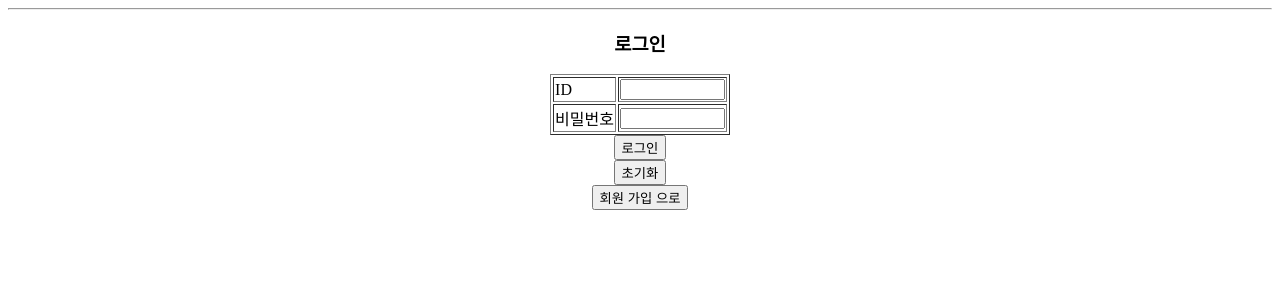
Repository: Juseong-Bang/jspWebProject
Page: http://localhost/FilmBooking/login.jsp
The author's editor kept a copy of each file at every save. The page is drawn from the files as they stood at one save, then again after the next save.
The browser window is 1280 px wide. The pictures show the whole page.
The page is served by Tomcat 9. Other server files are loaded and not shown.

Above is the page before, as saved 2017-12-02 13:35:30.

### FilmBooking/WebContent/login.jsp
<%@ page language="java" contentType="text/html; charset=UTF-8"
	pageEncoding="UTF-8"%>
<!DOCTYPE html PUBLIC "-//W3C//DTD HTML 4.01 Transitional//EN" "http://www.w3.org/TR/html4/loose.dtd">
<html>
<head>
<meta http-equiv="Content-Type" content="text/html; charset=UTF-8">
<title>로그인</title>
</head>
<hr>
<body>
	<div align="center">
		<h3>로그인</h3>
		<form name=form1 method=post action=control.jsp>
			<input type=hidden name="member" value="login" /> <input
				type="hidden" name="action" value="member" />
			<table border="1">
				<tr>
					<td>ID</td>
					<td><input type="text" size=10 name=name_mem /></td>
				</tr>
				<tr>
					<td>비밀번호</td>
					<td><input type="password" size=10 name=password /></td>
				</tr>
			</table>
			<input type="submit" value=로그인>
		</form>
		<input type="reset" value=초기화>
		<form method="post" action="register.jsp">
			<input type="submit" value="회원 가입 으로">
		</form>
	</div>
</body>
</html>

After the next save:
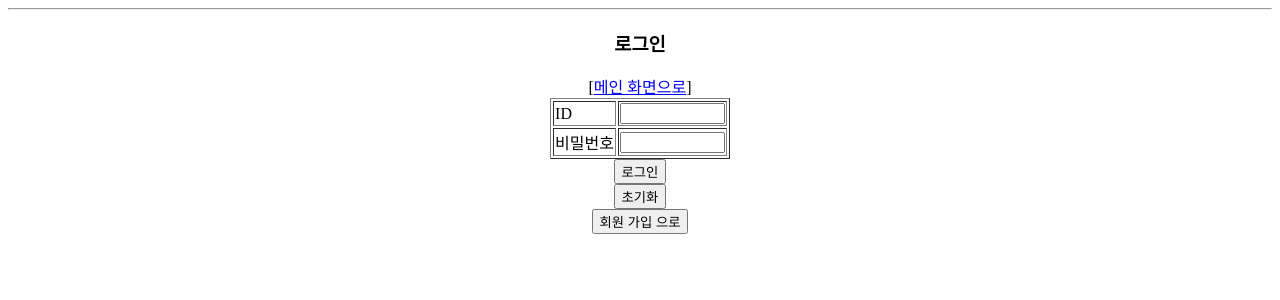
Saved 8 min 40 s later.
--- a/FilmBooking/WebContent/login.jsp
+++ b/FilmBooking/WebContent/login.jsp
@@ -10,6 +10,7 @@
 <body>
 	<div align="center">
 		<h3>로그인</h3>
+		[<a href=film_list.jsp>메인 화면으로</a>]
 		<form name=form1 method=post action=control.jsp>
 			<input type=hidden name="member" value="login" /> <input
 				type="hidden" name="action" value="member" />
